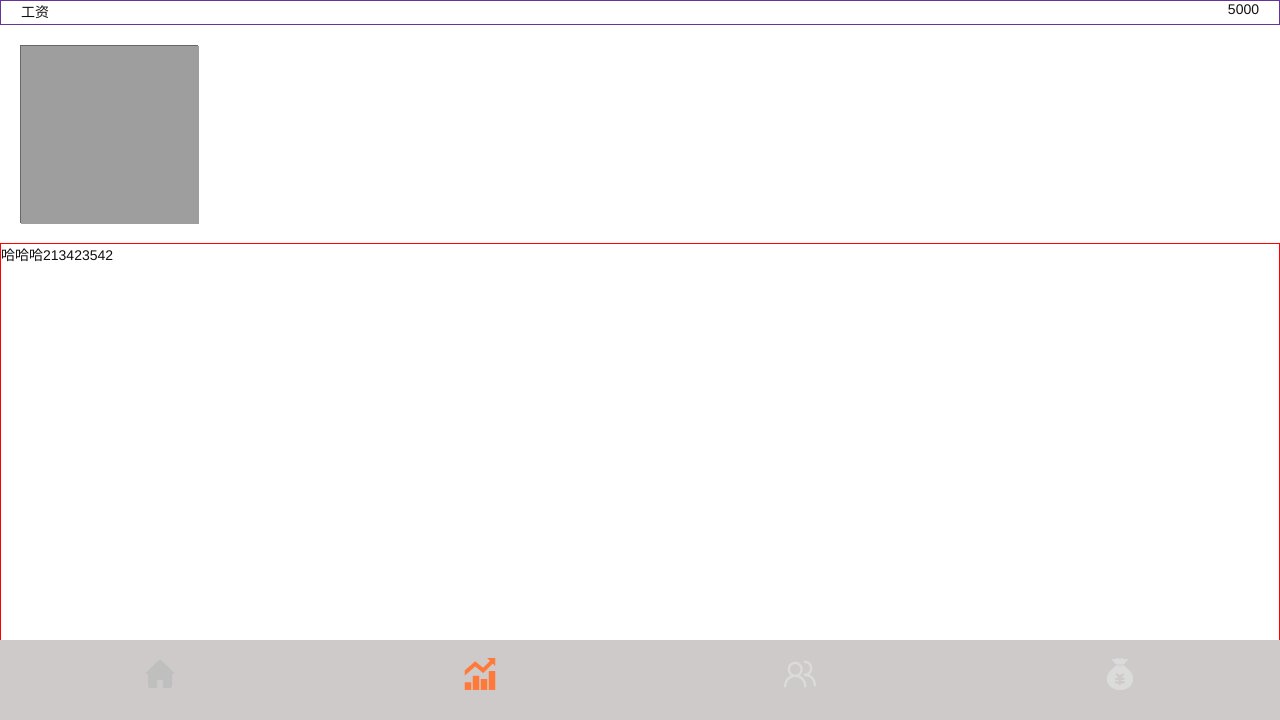
Repository: panlin520-team/lnmj-staffH5
Page: /#/salary
An editor plug-in stored every save of this project. The page is shown before and after a run of saves, followed by the edit.
The browser window is 1280 px wide. The pictures show the whole page.
Pictures or frames that could not be fetched are drawn as grey boxes. An inner scrolling area shows only its first screen. The project was rebuilt for these pictures with package versions that can differ from the ones it lists, and the page was loaded fresh each time. Also part of the build but not shown: src/views/Lojin.vue.

Above is the page before, as saved 2020-04-09 16:16:10.

After the next 2 saves:
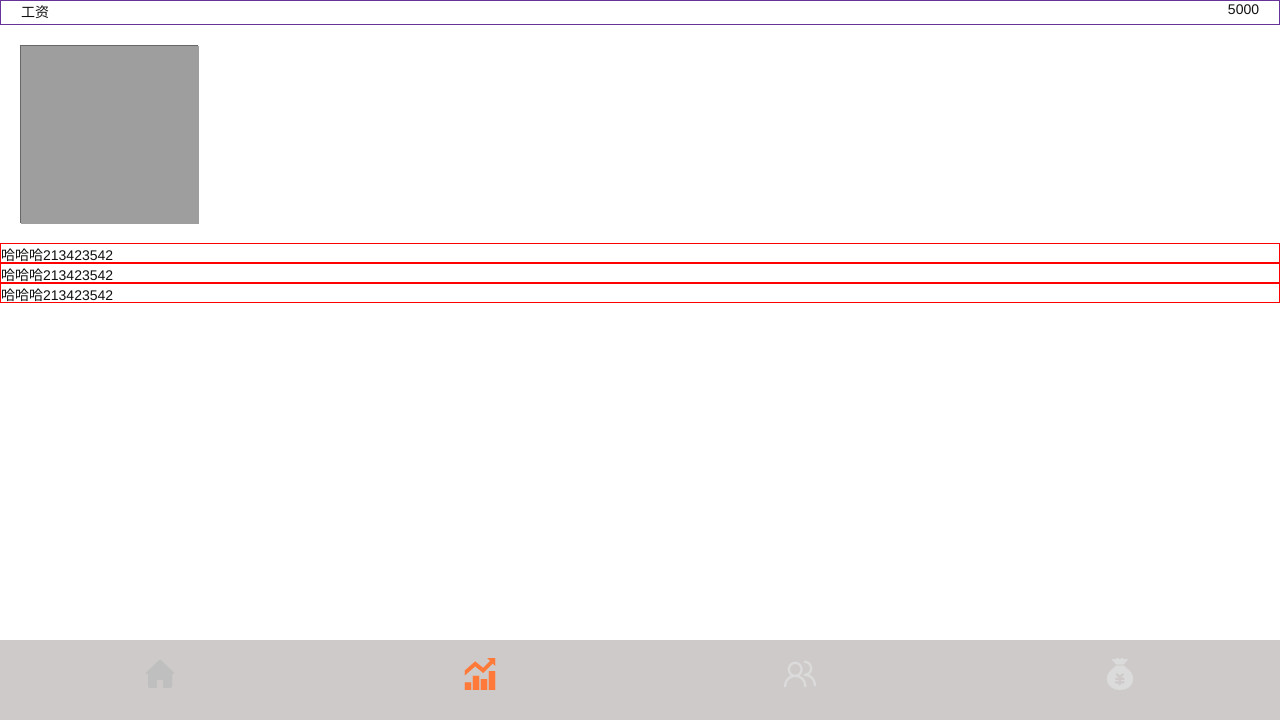
The 2 saves are shown as one change because they came seconds apart.
The last was saved 35 s later.
--- a/src/views/Salary.vue
+++ b/src/views/Salary.vue
@@ -125,7 +125,7 @@ export default {
     }
     .wwwobjext {
       width: 100%;
-      height: 450px;
+      height: 20px;
       border: 1px solid red;
     }
   }
